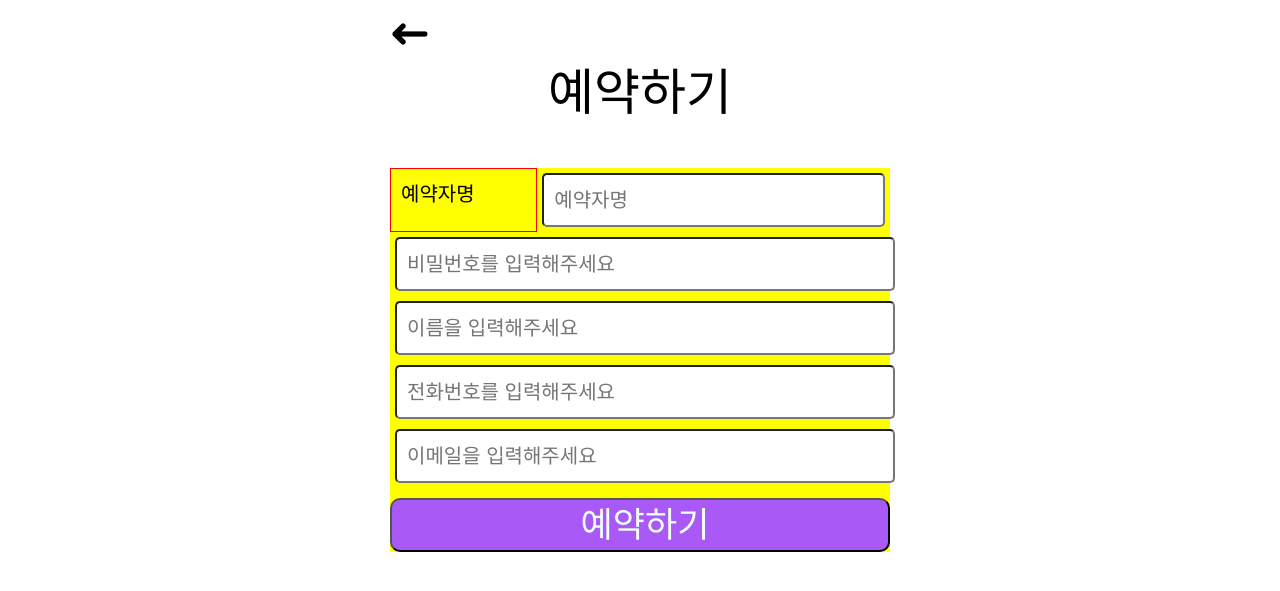
Repository: jaehunjeong4103/WebProject
Page: http://localhost/Web/view/reservation/reservation
These files come from the project's save history. The page is drawn as it stood at one moment and after the next save; the edit follows.
The browser window is 1280 px wide. The pictures show the whole page.
Some web fonts or font styles are not loaded; a fallback is used. The page is served by Tomcat 9.

Above is the page before, as saved 2023-06-06 01:22:28.

After the next save:
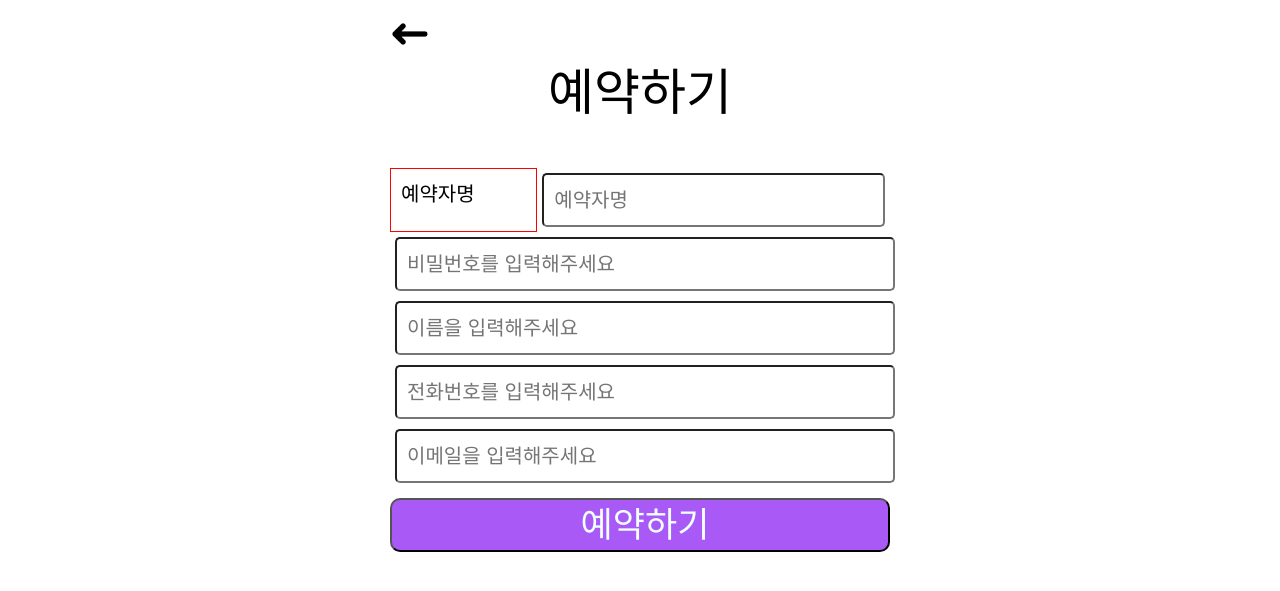
Saved 30 s later.
--- a/Web/src/main/webapp/css/reservation.css
+++ b/Web/src/main/webapp/css/reservation.css
@@ -108,10 +108,10 @@ a.reserbation {
 	width: 500px;
 	margin: auto;
 	position: relative;
-	background-color: yellow;
 }
 
 #reservation_body span {
+
 	width: 200px;
 	font-size: 20px;
 	padding-left: 10px;
